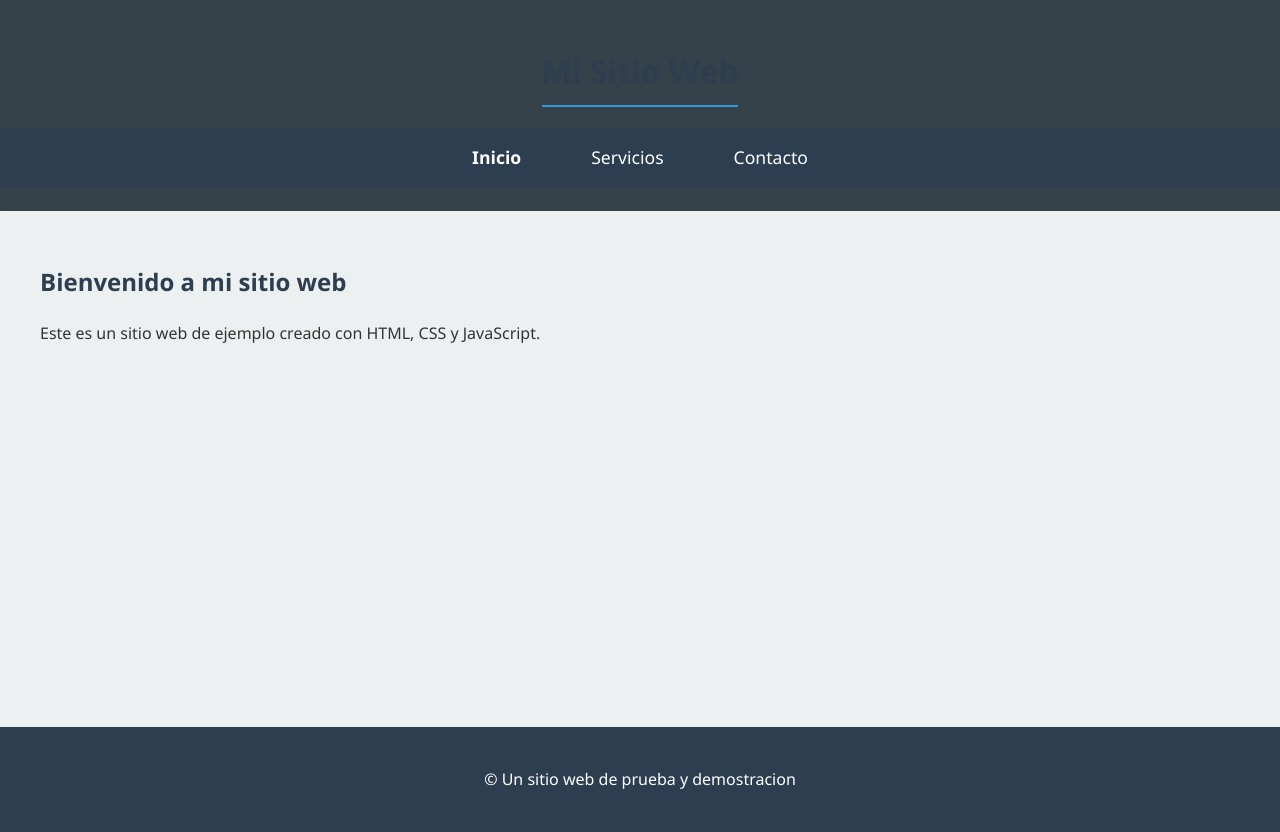
Repository: Sevanjo/Pagina_web
Page: HTML/index.html
An editor plug-in stored every save of this project. The page is shown before and after the next save, followed by the edit.
The browser window is 1280 px wide. The pictures show the whole page.

Above is the page before, as saved 2025-04-20 19:20:52.

After the next save:
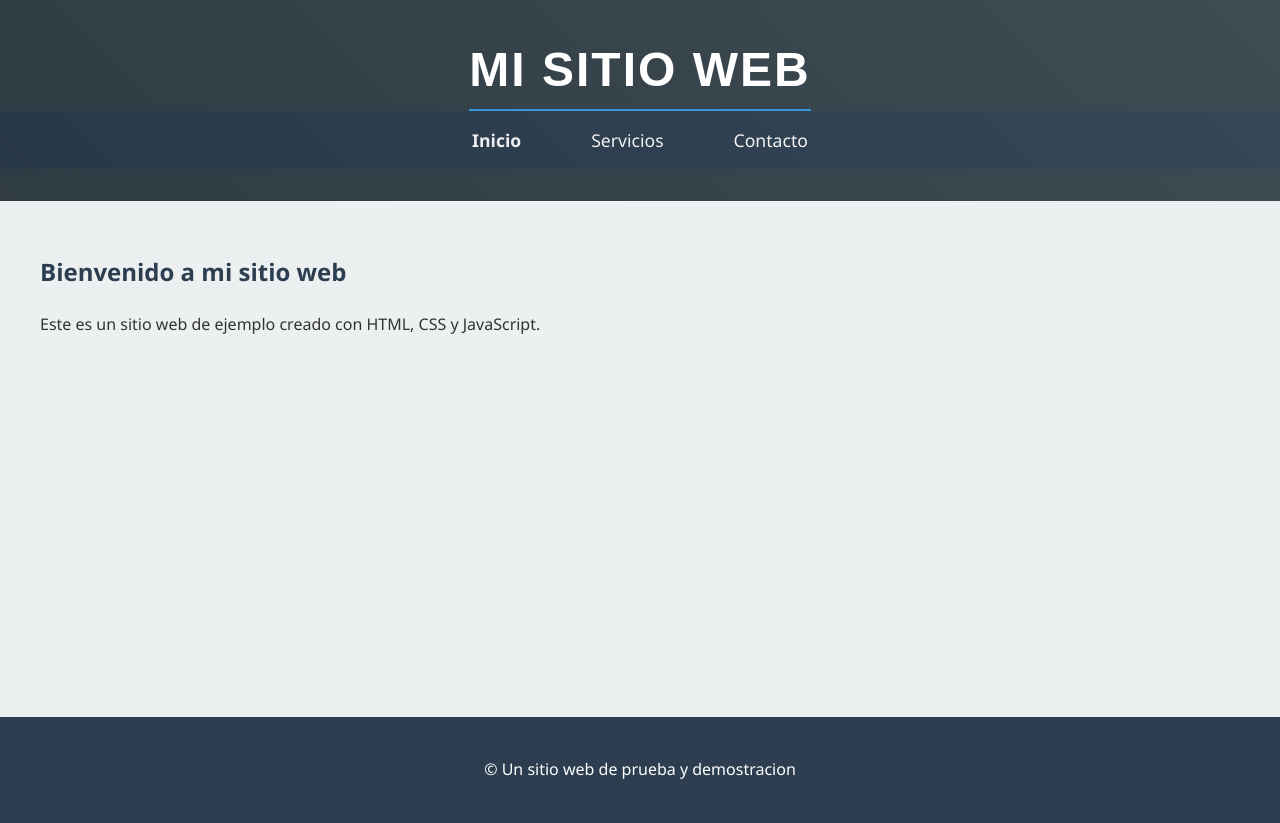
Saved 3 min 20 s later.
--- a/CSS/styles.css
+++ b/CSS/styles.css
@@ -20,12 +20,35 @@ body {
 }
 
 header {
+    background-color: #2c3e50; /* Color de fondo del header */
+    padding: 2rem 0;
+    text-align: center;
+    position: relative;
+    overflow: hidden;
+}
 
-    background: var(--primary-color);
-    color: var(--text-light);
-    padding: 1.5rem 0;
-    text-align: center;
-    box-shadow: 0 2px 5px rgba(254, 254, 254, 0.1);
+header h1 {
+    color: #ffffff; /* Color del texto */
+    font-family: 'Poppins', sans-serif;
+    font-size: 3rem;
+    font-weight: 700;
+    margin: 0;
+    padding: 0;
+    position: relative;
+    z-index: 1;
+    text-transform: uppercase;
+    letter-spacing: 2px;
+}
+
+/* Efecto decorativo opcional */
+header::after {
+    content: '';
+    position: absolute;
+    top: 0;
+    left: 0;
+    width: 100%;
+    height: 100%;
+    background: linear-gradient(45deg, rgba(0,0,0,0.1) 0%, rgba(255,255,255,0.05) 100%);
 }
 
 nav {
